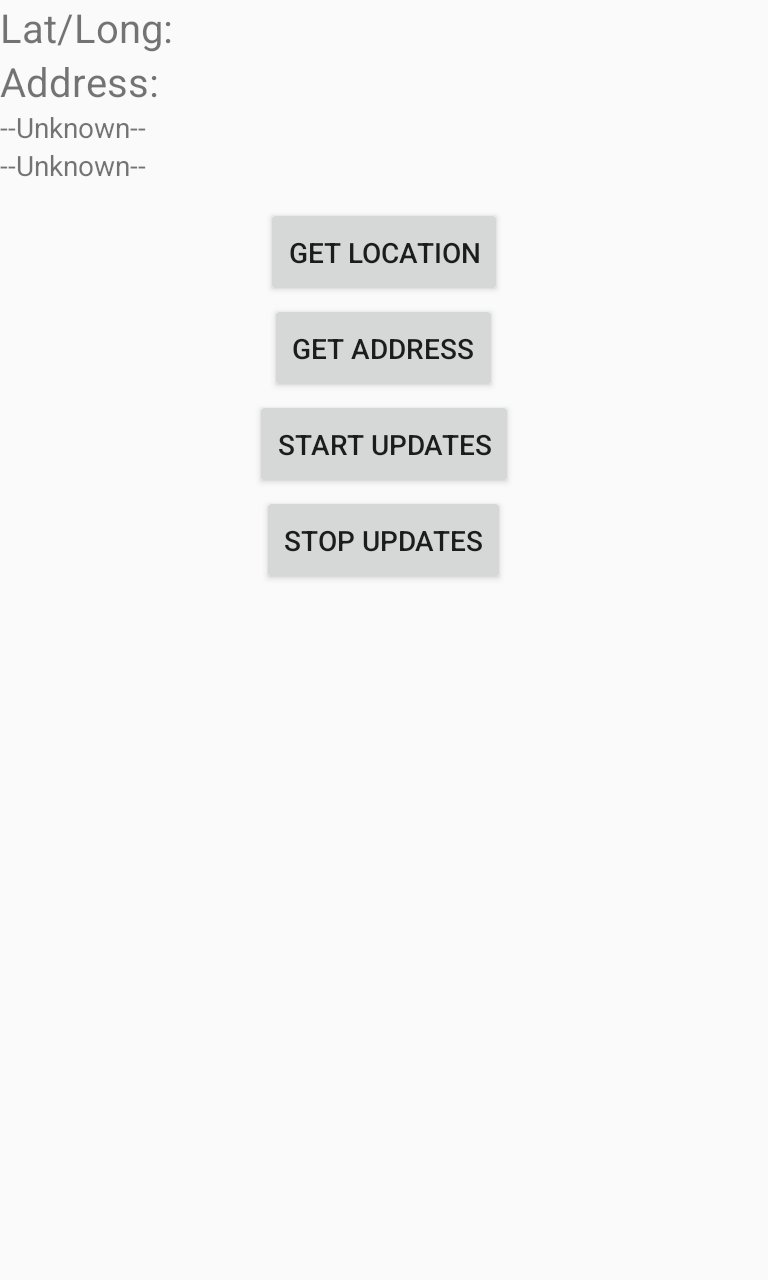
Repository: amitgiri0001/pull-taxi
Layout: New/res/layout/activity_main.xml
An editor plug-in stored every save of this project. The layout is shown before and after the next save, followed by the edit.
It is drawn on a 768 x 1280 px phone screen (xhdpi) without system bars, with theme AppTheme; the app's code is not run.

Above is the layout before, as saved 2014-12-09 18:19:51.

After the next save:
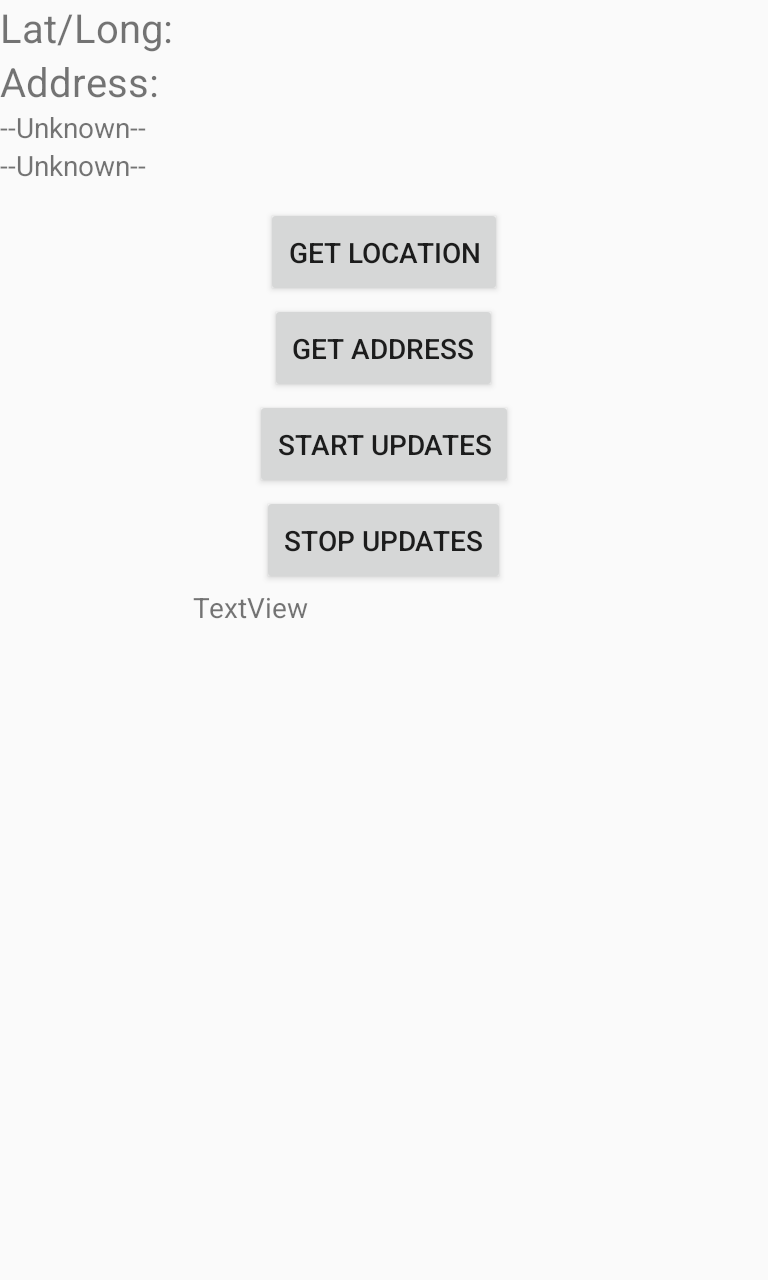
Saved 6 min 22 s later.
--- a/New/res/layout/activity_main.xml
+++ b/New/res/layout/activity_main.xml
@@ -124,4 +124,14 @@
         android:onClick="stopUpdates"
         android:text="@string/stop_updates" />
 
+    <TextView
+        android:id="@+id/result_view"
+        android:layout_width="wrap_content"
+        android:layout_height="wrap_content"
+        android:layout_alignParentBottom="true"
+        android:layout_alignRight="@+id/get_address_button"
+        android:layout_below="@+id/stop_updates"
+        android:layout_toRightOf="@+id/lat_lng"
+        android:text="TextView" />
+
 </RelativeLayout>
